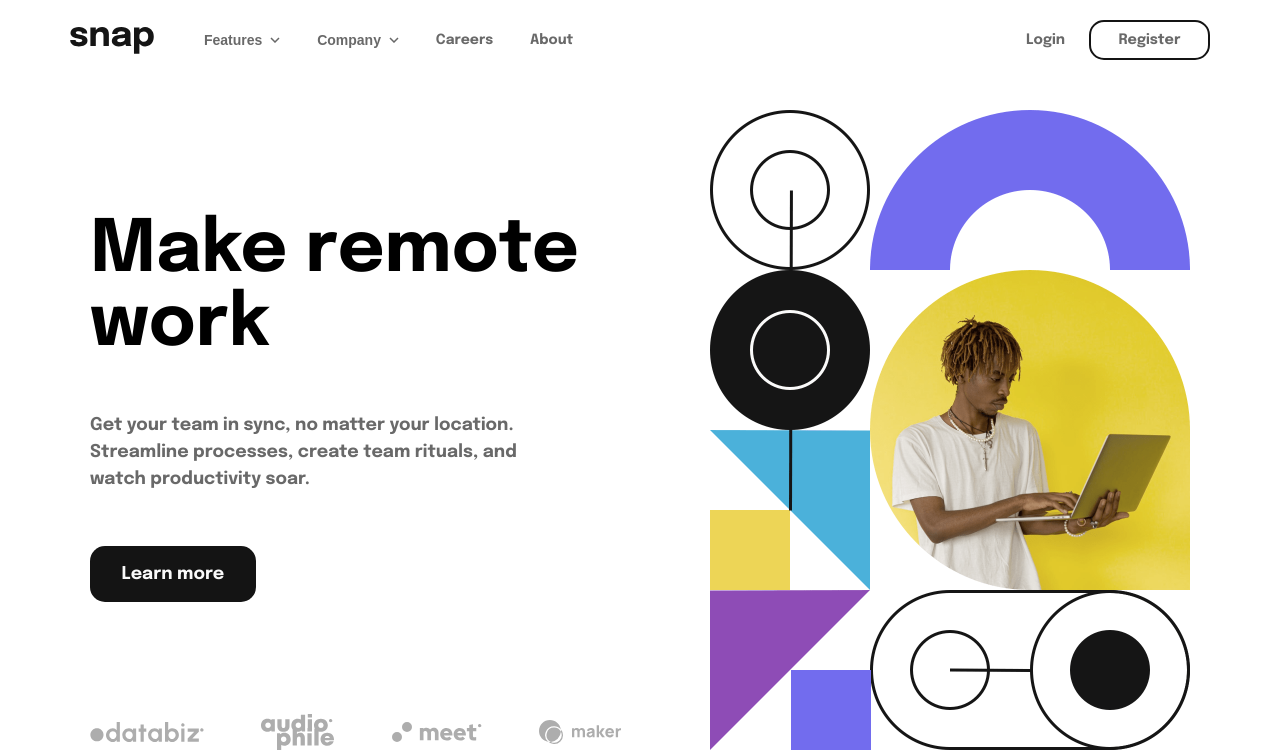
Repository: KamoliddinGIT/intro-section-with-dropdown
Page: index.html
An editor plug-in stored every save of this project. The page is shown before and after the next save, followed by the edit.
The browser window is 1280 px wide. The pictures show the whole page.

Above is the page before, as saved 2023-09-24 19:38:26.

After the next save:
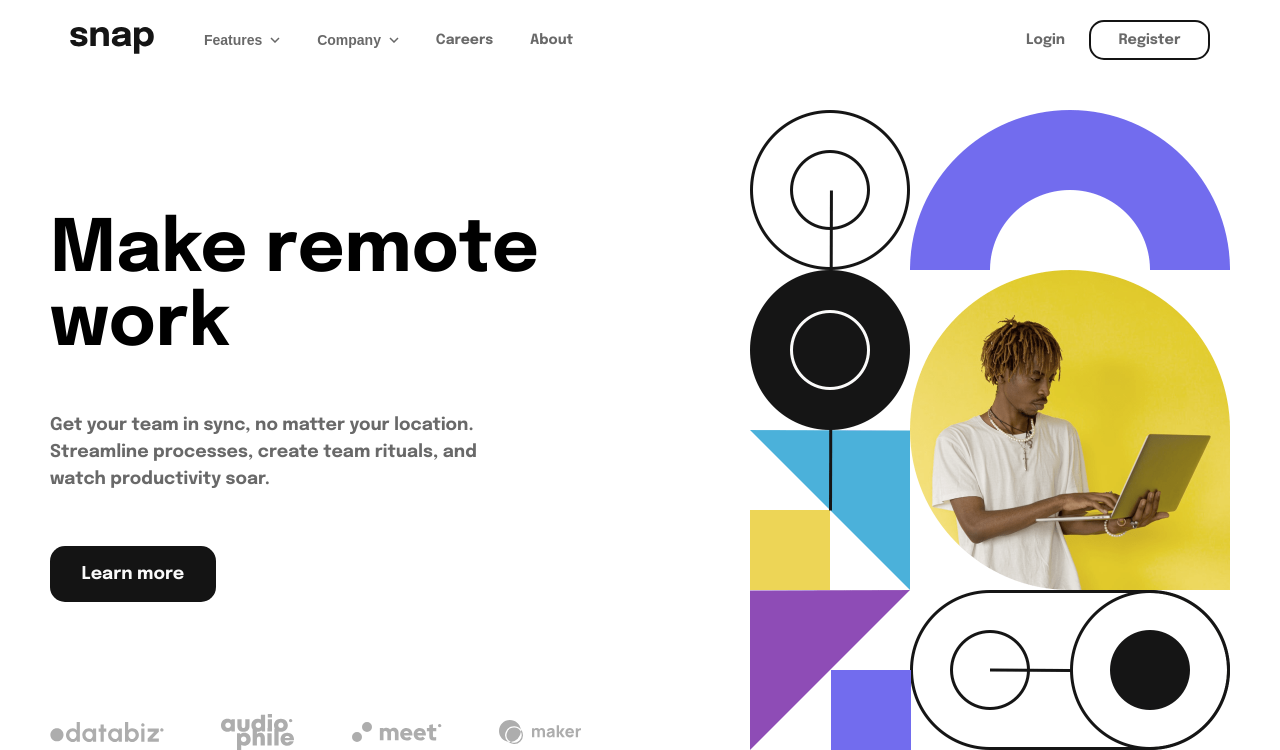
Saved 43 s later.
--- a/css/style.css
+++ b/css/style.css
@@ -346,7 +346,7 @@
 /* -------------------main-starts----------------- */
 
 .main {
-  width: 1100px;
+  width: 100%;
   height: 640px;
   display: flex;
   align-items: center;
